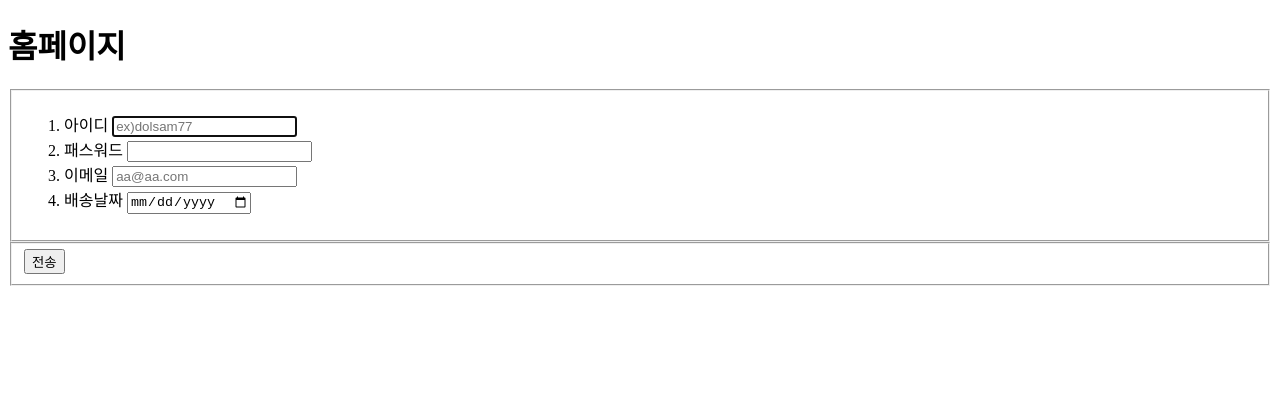
Repository: WonSeungUn/VSCODE
Page: web_work/Html/WebContent/form.html
The author's editor kept a copy of each file at every save. The page is drawn from the files as they stood at one save, then again after the next save.
The browser window is 1280 px wide. The pictures show the whole page.

Above is the page before, as saved 2024-07-08 06:10:04.

### web_work/Html/WebContent/form.html
<!DOCTYPE html>
<html>
<head>
<meta charset="UTF-8">
<title>Insert title here</title>
</head>
<body>
	<h1>홈페이지</h1>
	<form action="서버 URL" method="get/post">
		<fieldset>
			<ol>
				<li>
					<label for="id">아이디</label>
					<input type="text" name="userId" id="id" autofocus="autofocus" placeholder="ex)dolsam77">
				</li>
				<li>
					<label>패스워드</label>
					<input type="password" name="userPass">
				</li>
				<li>
					<label>이메일</label>
					<input type="email" name="userEmail" placeholder="aa@aa.com" required="required">
				</li>
				<li>
					 <label>배송날짜</label>
					 <input type="date">
				</li>
			</ol>
		</fieldset>
		<fieldset>
			<input type="submit" value="전송">
		</fieldset>
	</form>
</body>
</html>

After the next save:
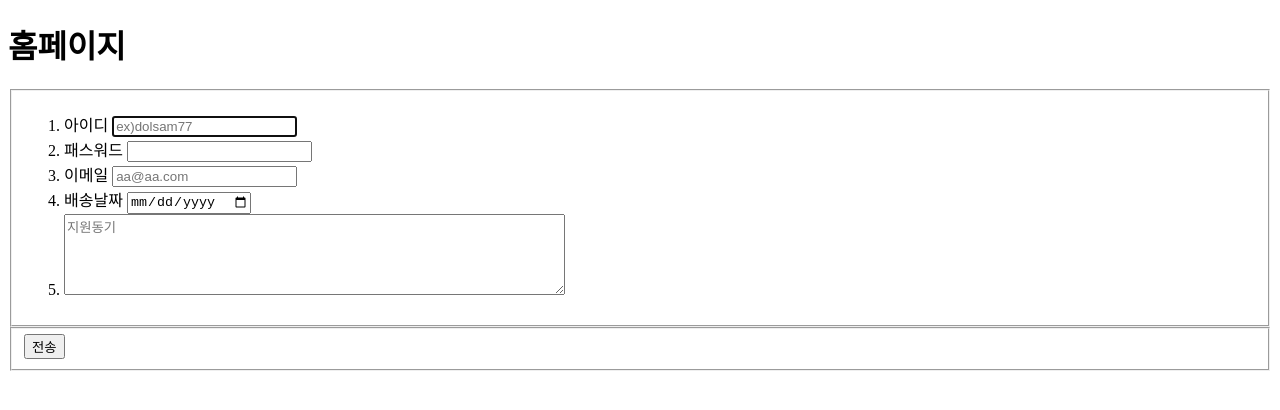
Saved 66 s later.
--- a/web_work/Html/WebContent/form.html
+++ b/web_work/Html/WebContent/form.html
@@ -25,6 +25,9 @@
 					 <label>배송날짜</label>
 					 <input type="date">
 				</li>
+				<li>
+					<textarea rows="5" cols="60" placeholder="지원동기"></textarea>
+				</li>
 			</ol>
 		</fieldset>
 		<fieldset>
